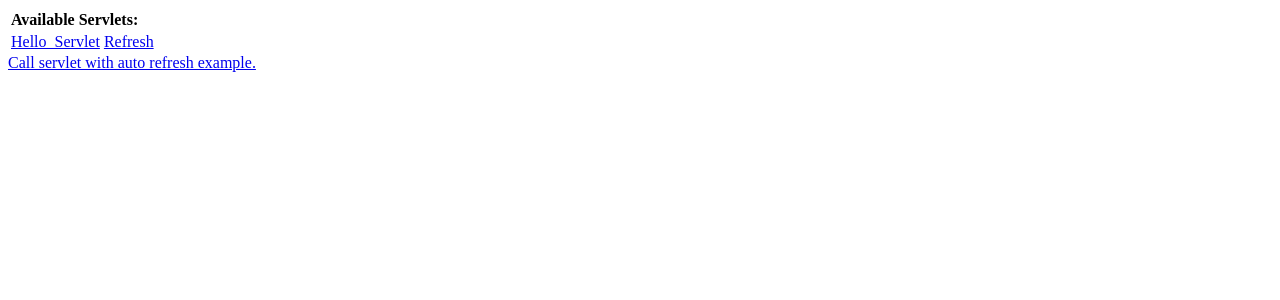
Repository: 123umakant/Home
Page: Demo/Hello_Servlet/war/index.html
The author's editor kept a copy of each file at every save. The page is drawn from the files as they stood at one save, then again after the next save.
The browser window is 1280 px wide. The pictures show the whole page.

Above is the page before, as saved 2018-11-29 07:45:13.

After the next save:
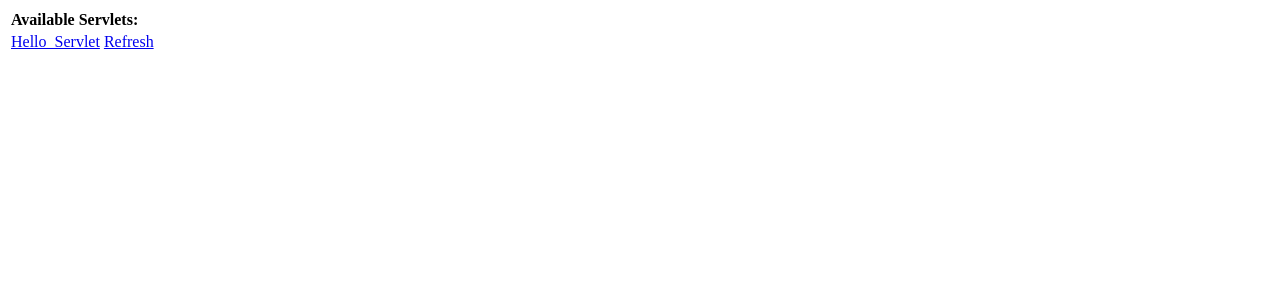
Saved 55 s later.
--- a/Demo/Hello_Servlet/war/index.html
+++ b/Demo/Hello_Servlet/war/index.html
@@ -25,6 +25,6 @@
          <td><a href="refresh">Refresh</a></td>
       </tr>
     </table>
-      <a href="http://localhost:8888/india/DRT">Call servlet with auto refresh example.</a>
+
   </body>
 </html>
